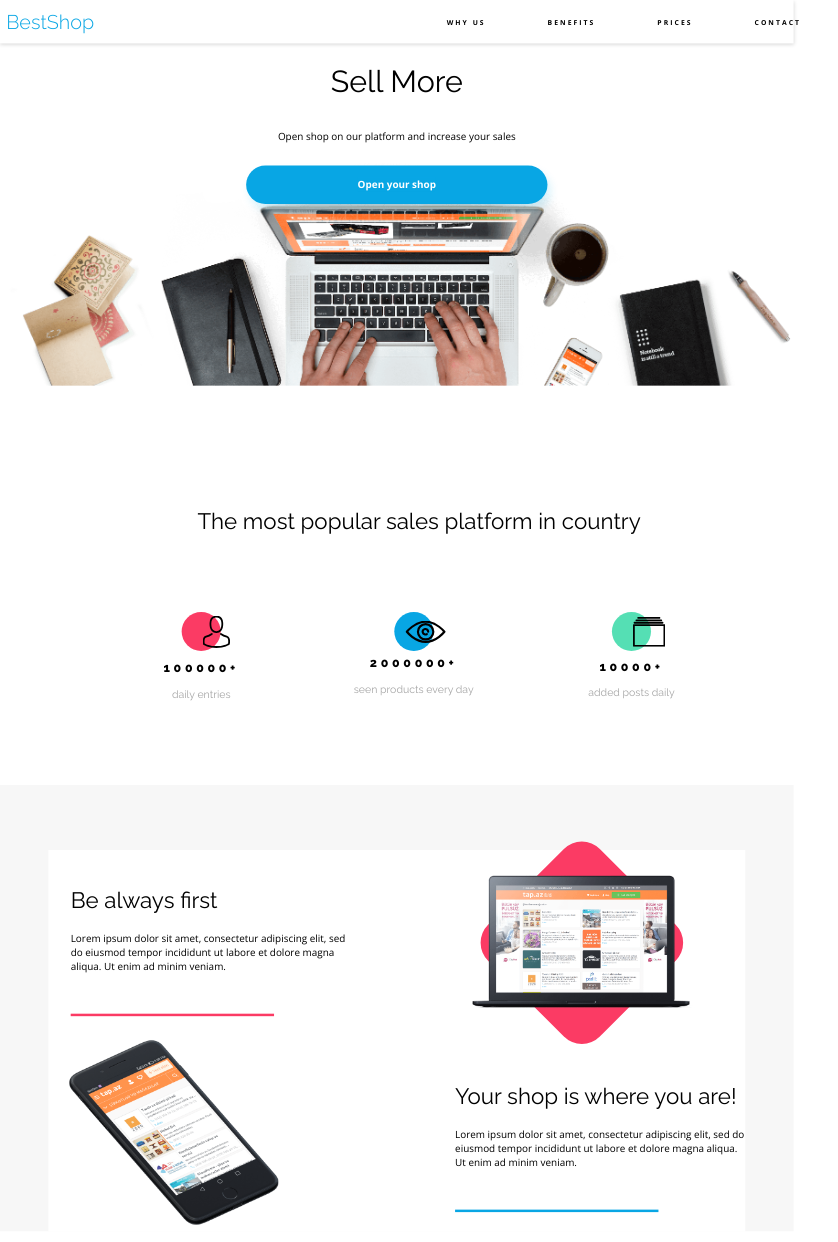
Repository: Widzisz/bestshop-website
Page: index.html
These files come from the project's save history. The page is drawn as it stood at one moment and after the next save; the edit follows.
The browser window is 1280 px wide. The page is 1352 px wide, so the pictures cover 1352 px, including what lies to the right of the window. The pictures show the whole page, at 62% of full size.

Above is the page before, as saved 2021-03-19 21:36:46.

### index.html
<!DOCTYPE html>
<html lang="en">

<head>
  <meta charset="UTF-8">
  <meta http-equiv="X-UA-Compatible" content="IE=edge">
  <meta name="viewport" content="width=device-width, initial-scale=1.0">
  <link rel="preconnect" href="https://fonts.gstatic.com">
  <link
    href="https://fonts.googleapis.com/css2?family=Open+Sans:ital,wght@0,300;0,400;0,600;0,700;0,800;1,300;1,400;1,600;1,700;1,800&family=Raleway:ital,wght@0,100;0,200;0,300;0,400;0,500;0,600;0,700;0,800;0,900;1,100;1,200;1,300;1,400;1,500;1,600;1,700;1,800;1,900&display=swap"
    rel="stylesheet">
  <title>BestShop</title>
  <link rel="stylesheet" href="css/normalize.css">
  <link rel="stylesheet" href="css/style.css">
</head>

<body>
  <div class="hero">
    <!--!!! HEADER + NAV !!!-->
    <header class="header">
      <div class="container">

        <div class="logo">
          <a href="" class="logo__title">
            BestShop
          </a>
        </div>

        <nav class="menu">
          <ul class="menu__list">
            <li><a href="">WHY US</a></li>
            <li><a href="">BENEFITS</a></li>
            <li><a href="">PRICES</a></li>
            <li><a href="">CONTACT</a></li>
          </ul>
        </nav>

      </div>
    </header>

    <!--!!! SEKCJA PIERWSZA !!!-->
    <section class="welcome">
      <div class="welcome__rows">
        <h1 class="welcome__rows-title">
          Sell More
        </h1>
        <p class="welcome__rows-text">
          Open shop on our platform and increase your sales
        </p>
        <div class="welcome__rows-btn">
          <a href="" class="welcome__rows-btn-1">
            Open your shop
          </a>
        </div>
      </div>
    </section>

    <!--!!! SEKCJA DRUGA !!!-->
    <section class="container">
      <div class="statistics">
        <h2 class="statistics__title">
          The most popular sales platform in country
        </h2>

        <div class="statistics__rows">

          <div class="statistics__rows-1">
            <div class="statistics__rows-picture">
              <div class="statistics__rows-circle-1">
              </div>
              <img src="images/person.svg" alt="" class="statistics-icon-1">
            </div>
            <p class="statistics__rows-numbers">
              100000+
            </p>
            <p class="statistics__rows-text">
              daily entries
            </p>
          </div>

          <div class="statistics__rows-2">
            <div class="statistics__rows-picture">
              <div class="statistics__rows-circle-2">
              </div>
              <img src="images/eye.svg" alt="" class="statistics-icon-2">
            </div>
            <p class="statistics__rows-numbers">
              2000000+
            </p>
            <p class="statistics__rows-text">
              seen products every day
            </p>
          </div>

          <div class="statistics__rows-3">
            <div class="statistics__rows-picture">
              <div class="statistics__rows-circle-3">
              </div>
              <img src="images/catalog.svg" alt="" class="statistics-icon-3">
            </div>
            <p class="statistics__rows-numbers">
              10000+
            </p>
            <p class="statistics__rows-text">
              added posts daily
            </p>
          </div>


        </div>
      </div>
    </section>


    <!--!!! SEKCJA TRZECIA !!!-->
    <div class="hero-2">
      <section class="container-2">

        <div class="promotion-1">
          <div class="promotion__image-1">
            <div class="promotion__picture">
              <img src="images/macbook.png" alt="" class="promotion__picture-1">
            </div>
            <div class="promotion__image-figure-1">
            </div>
          </div>
          <div class="text__rows">
            <h2 class="text__rows-title">
              Be always first
            </h2>
            <p class="text__rows-text">
              Lorem ipsum dolor sit amet, consectetur adipiscing elit, sed do eiusmod tempor incididunt ut labore et
              dolore magna aliqua. Ut enim ad minim veniam.
            </p>
            <div class="text__rows-underline-1">
            </div>
          </div>
        </div>

        <div class="promotion-2">
          <div class="promotion__image-2">
            <div class="promotion__picture">
              <img src="images/iphone.png" alt="" class="promotion__picture-2">
            </div>
            <div class="promotion__image-figure-2">
            </div>
          </div>
          <div class="text__rows">
            <h2 class="text__rows-title">
              Your shop is where you are!
            </h2>
            <p class="text__rows-text">
              Lorem ipsum dolor sit amet, consectetur adipiscing elit, sed do eiusmod tempor incididunt ut labore et
              dolore magna aliqua. Ut enim ad minim veniam.
            </p>
            <div class="text__rows-underline-2">
            </div>
          </div>
        </div>
























      </section>
    </div>

  </div>

  </div>




</body>

</html>

### css/style.css
:root {
  --c-primary: #08a6e4;
  --c-primary-shadow: rgba(7, 172, 230, 0.16);
  --c-redish: #fb3b64;
  --c-green: #55dfb4;
  --c-black: #000000;
  --c-grey: #a5a5a5;
  --c-light-grey: #f7f7f7;
  --c-white: #ffffff;
  --font-open: "Open Sans", sans-serif;
  --font-raleway: "Raleway", sans-serif;
  --cursor-pointer: pointer;
}

html {
}

* {
  box-sizing: border-box;
}
body {
  margin: 0;
}

.container {
  width: 1352px;
  margin: 0 auto;
  padding-left: 10px;
  padding-right: 10px;
}

/* -------------------------------------------------------------------------
                           NAGŁÓWEK
------------------------------------------------------------------------- */
.hero {
  width: 100%;
  height: 100vh;
  background-color: var(--c-white);
}

.header {
  width: 100%;
  height: 70px;
  background-color: var(--c-white);
  box-shadow: 0px 3px 6px #00000029;
  opacity: 1;
}

.header .container {
  height: 100%;
  display: flex;
  justify-content: space-between;
  align-items: center;
}

.logo {
}

.logo__title {
  text-align: left;
  text-decoration: none;
  color: var(--c-primary);
  letter-spacing: 0px;
  opacity: 1;
  font: normal normal 300 32px/37px var(--font-raleway);
  cursor: var(--cursor-pointer);
}

.menu {
}
.menu__list {
  list-style-type: none;
  display: flex;
}
.menu__list a {
  padding: 0 50px;
  text-decoration: none;
  text-align: center;
  font: normal normal bold 11px/15px var(--font-open);
  letter-spacing: 3.28px;
  color: var(--c-black);
  opacity: 1;
  position: relative;
}

.menu__list a::before {
  content: "";
  position: absolute;
  width: 100%;
  height: 4px;
  top: 40px;
  left: 0;
  background-color: var(--c-primary);
  visibility: hidden;
  transform: scaleX(0);
  transition: all 0.3s ease-in-out 0s;
}

.menu__list a:hover::before {
  visibility: visible;
  transform: scaleX(0.5);
}

/* -------------------------------------------------------------------------
                           SEKCJA PIERWSZA
------------------------------------------------------------------------- */
.welcome {
  height: 100vh;
  background-image: url(../images/background.png);
  background-repeat: no-repeat;
  background-size: contain;
  background-position: center;
}

.welcome__rows {
  display: flex;
  justify-content: center;
  align-items: center;
  flex-direction: column;
  padding-bottom: 100px;
}

.welcome__rows-title {
  text-align: center;
  font: normal normal normal 49px/57px var(--font-raleway);
  letter-spacing: 0px;
  color: var(--c-black);
  opacity: 1;
}

.welcome__rows-text {
  text-align: center;
  font: normal normal normal 16px/22px var(--font-open);
  letter-spacing: 0px;
  color: var(--c-black);
  opacity: 1;
}

.welcome__rows-btn {
  margin-top: 20px;
  padding: 20px 180px;
  background: var(--c-primary);
  box-shadow: 5px 10px 14px #07ace629;
  border-radius: 40px;
  opacity: 1;
}

.welcome__rows-btn-1 {
  font: normal normal bold 16px/22px var(--font-open);
  text-align: center;
  letter-spacing: 0px;
  background: var(--c-primary);
  color: var(--c-white);
  text-decoration: none;
}

/* -------------------------------------------------------------------------
                           SEKCJA DRUGA
------------------------------------------------------------------------- */

.statistics {
  display: flex;
  justify-content: center;
  align-items: center;
  flex-direction: column;
}
.statistics__title {
  text-align: center;
  font: normal normal normal 36px/42px var(--font-raleway);
  letter-spacing: 0px;
  color: var(--c-black);
  opacity: 1;
  padding-bottom: 101px;
}

.statistics__rows {
  display: flex;
  justify-content: center;
  align-items: center;
  gap: 185px;
  padding-bottom: 120px;
}

.statistics__rows-picture {
  display: flex;
  justify-content: center;
  align-items: center;
}

.statistics__rows-circle-1 {
  height: 63px;
  width: 63px;
  background: var(--c-redish);
  border-radius: 50%;
  opacity: 1;
  position: absolute;
  z-index: 0;
}

.statistics__rows-circle-2 {
  height: 63px;
  width: 63px;
  background: var(--c-primary);
  border-radius: 50%;
  opacity: 1;
  position: absolute;
  z-index: 0;
}

.statistics__rows-circle-3 {
  height: 63px;
  width: 63px;
  background: var(--c-green);
  border-radius: 50%;
  opacity: 1;
  position: absolute;
  z-index: 0;
}

.statistics-icon-1 {
  position: relative;
  left: 20%;
  z-index: 1;
}

.statistics-icon-2 {
  position: relative;
  left: 10%;
  z-index: 1;
}

.statistics-icon-3 {
  position: relative;
  left: 20%;
  z-index: 1;
}

.statistics__rows-numbers {
  text-align: center;
  font: normal normal 800 20px/24px var(--font-raleway);
  letter-spacing: 5.96px;
  color: var(--c-black);
  opacity: 1;
}

.statistics__rows-text {
  text-align: center;
  font: normal normal normal 17px/20px var(--font-raleway);
  letter-spacing: 0px;
  color: var(--c-grey);
  opacity: 1;
}

/* -------------------------------------------------------------------------
                             SEKCJA TRZECIA
------------------------------------------------------------------------- */

.hero-2 {
  width: 100%;
  height: 100vh;
  background: var(--c-light-grey);
  padding-top: 105px;
  display: flex;
  justify-content: center;
}

.container-2 {
  width: 1124px;
  background: var(--c-white);
}

.promotion-1 {
  display: flex;
  justify-content: space-between;
  align-items: center;
  flex-direction: row-reverse;
  gap: 169px;
}

.promotion__image-1 {
  padding-right: 71px;
  padding-bottom: 38px;
  padding-top: 38px;
  display: flex;
  justify-content: center;
  align-items: center;
}
.promotion__picture {
}
.promotion__picture-1 {
  width: 386px;
  height: 219px;
  position: relative;
  top: 0;
  right: 0;
  z-index: 1;
}
.promotion__image-figure-1 {
  background-color: var(--c-redish);
  width: 255px;
  height: 255px;
  border-radius: 41px;
  opacity: 1;
  transform: rotate(45deg);
  position: absolute;
  z-index: 0;
}
.text__rows {
  padding-left: 36px;
}
.text__rows-title {
  text-align: left;
  font: normal normal normal 36px/42px var(--font-raleway);
  letter-spacing: 0px;
  color: var(--c-black);
  opacity: 1;
}
.text__rows-text {
  text-align: left;
  font: normal normal normal 16px/22px var(--font-open);
  letter-spacing: 0px;
  color: var(--c-black);
  opacity: 1;
}
.text__rows-underline-1 {
  width: 328px;
  height: 0px;
  border-bottom: 4px solid var(--c-redish);
  padding-top: 50px;
  opacity: 1;
}

.promotion-2 {
    display: flex;
    justify-content: space-between;
    align-items: center;
    gap: 194px;
  }


.promotion__image-2 {
}

.promotion__picture-2 {
  width: 426px;
  height: 328px;
}

.promotion__image-figure-2 {
}

.text__rows-underline-2 {
  width: 328px;
  height: 0px;
  border-bottom: 4px solid var(--c-primary);
  padding-top: 50px;
  opacity: 1;
}

Loaded but not shown: css/normalize.css (library)

After the next save:
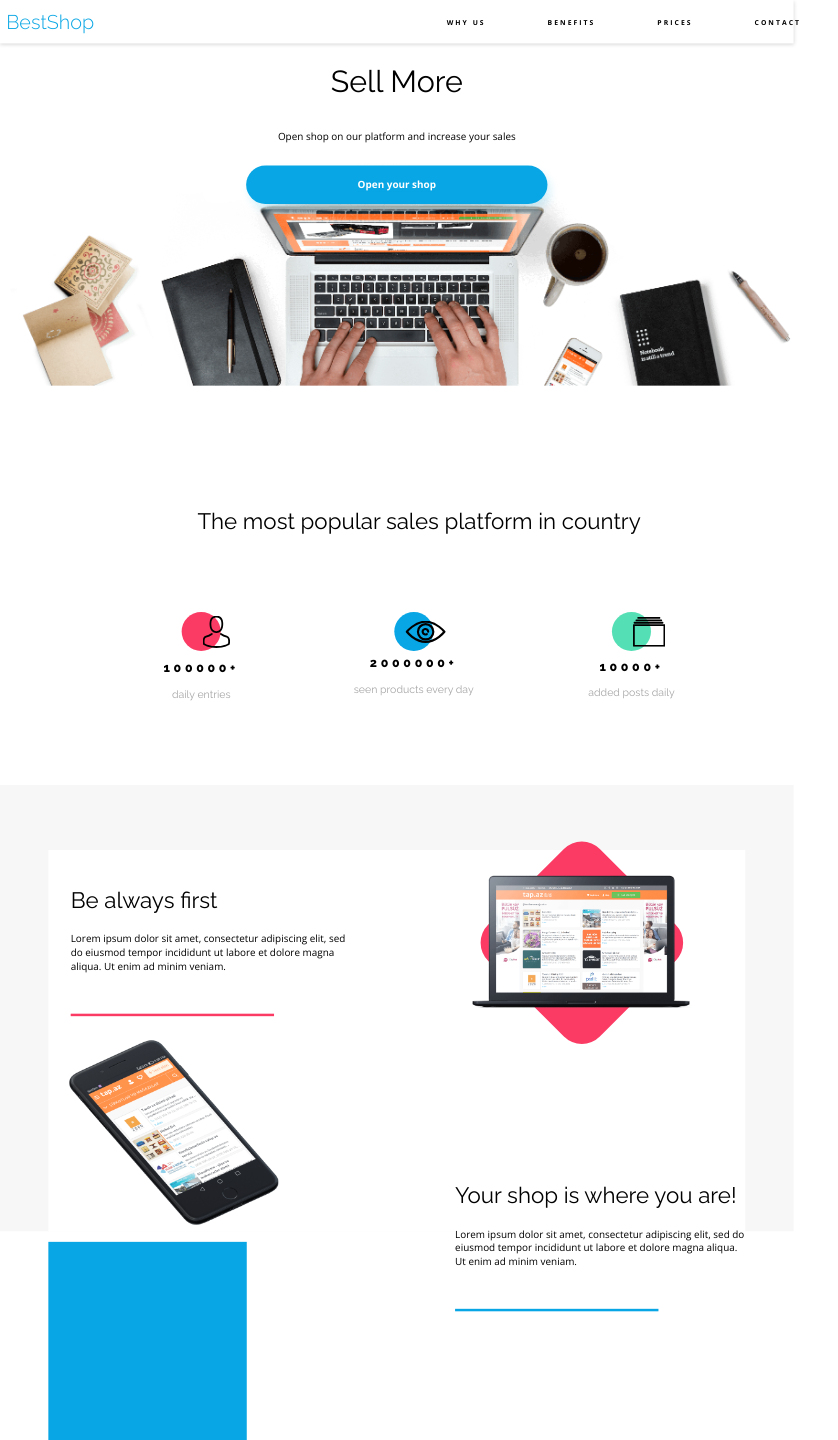
Saved 53 s later.
--- a/css/style.css
+++ b/css/style.css
@@ -347,6 +347,10 @@ body {
 }
 
 .promotion__image-figure-2 {
+    width: 320px;
+height: 320px;
+background: var(--c-primary);
+opacity: 1;
 }
 
 .text__rows-underline-2 {
